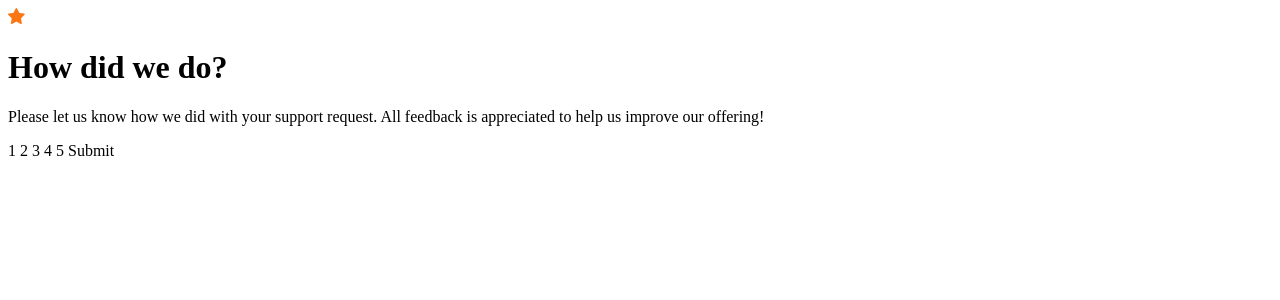
Repository: shayanabedi98/Interactive-rating-component
Page: index.html
An editor plug-in stored every save of this project. The page is shown before and after the next save, followed by the edit.
The browser window is 1280 px wide. The pictures show the whole page.

Above is the page before, as saved 2023-10-11 09:50:15.

### index.html
<!DOCTYPE html>
<html lang="en">
<head>
  <meta charset="UTF-8">
  <meta name="viewport" content="width=device-width, initial-scale=1.0">
  <link rel="icon" type="image/png" sizes="32x32" href="./images/favicon-32x32.png">
  <title>Frontend Mentor | Interactive rating component</title>
  <link rel="stylesheet" href="styles.css">
</head>
<body>
  <div class="grid-container">
    <div class="card">
      <svg width="17" height="16" xmlns="http://www.w3.org/2000/svg"><path d="m9.067.43 1.99 4.031c.112.228.33.386.58.422l4.45.647a.772.772 0 0 1 .427 1.316l-3.22 3.138a.773.773 0 0 0-.222.683l.76 4.431a.772.772 0 0 1-1.12.813l-3.98-2.092a.773.773 0 0 0-.718 0l-3.98 2.092a.772.772 0 0 1-1.119-.813l.76-4.431a.77.77 0 0 0-.222-.683L.233 6.846A.772.772 0 0 1 .661 5.53l4.449-.647a.772.772 0 0 0 .58-.422L7.68.43a.774.774 0 0 1 1.387 0Z" fill="#FC7614"/></svg>
      <h1>How did we do?</h1>
      <p>Please let us know how we did with your support request. All feedback is appreciated to help us improve our offering!</p>

    </div>
  </div>
  <!-- Rating state start -->





  1 2 3 4 5

  Submit

  <!-- You selected {Add rating here} out of 5

  Thank you!

  We appreciate you taking the time to give a rating. If you ever need more support,
  don’t hesitate to get in touch! -->
  <script src="index.js"></script>
</body>
</html>

Loaded but not shown: styles.css (no stored copy; drawn as an empty file); index.js (no stored copy; drawn as an empty file)

After the next save:
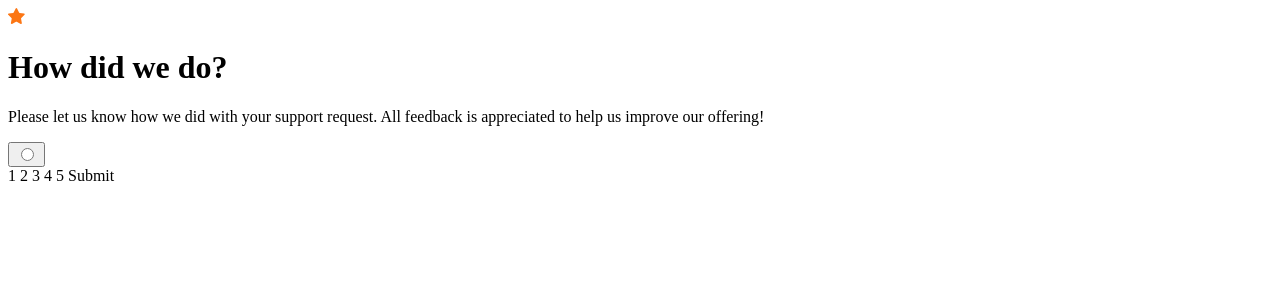
Saved 3 min 49 s later.
--- a/index.html
+++ b/index.html
@@ -13,15 +13,12 @@
       <svg width="17" height="16" xmlns="http://www.w3.org/2000/svg"><path d="m9.067.43 1.99 4.031c.112.228.33.386.58.422l4.45.647a.772.772 0 0 1 .427 1.316l-3.22 3.138a.773.773 0 0 0-.222.683l.76 4.431a.772.772 0 0 1-1.12.813l-3.98-2.092a.773.773 0 0 0-.718 0l-3.98 2.092a.772.772 0 0 1-1.119-.813l.76-4.431a.77.77 0 0 0-.222-.683L.233 6.846A.772.772 0 0 1 .661 5.53l4.449-.647a.772.772 0 0 0 .58-.422L7.68.43a.774.774 0 0 1 1.387 0Z" fill="#FC7614"/></svg>
       <h1>How did we do?</h1>
       <p>Please let us know how we did with your support request. All feedback is appreciated to help us improve our offering!</p>
-
+      <div class="rating">
+        <button><input type="radio"></button>
+      </div>
     </div>
   </div>
   <!-- Rating state start -->
-
-
-
-
-
   1 2 3 4 5
 
   Submit
